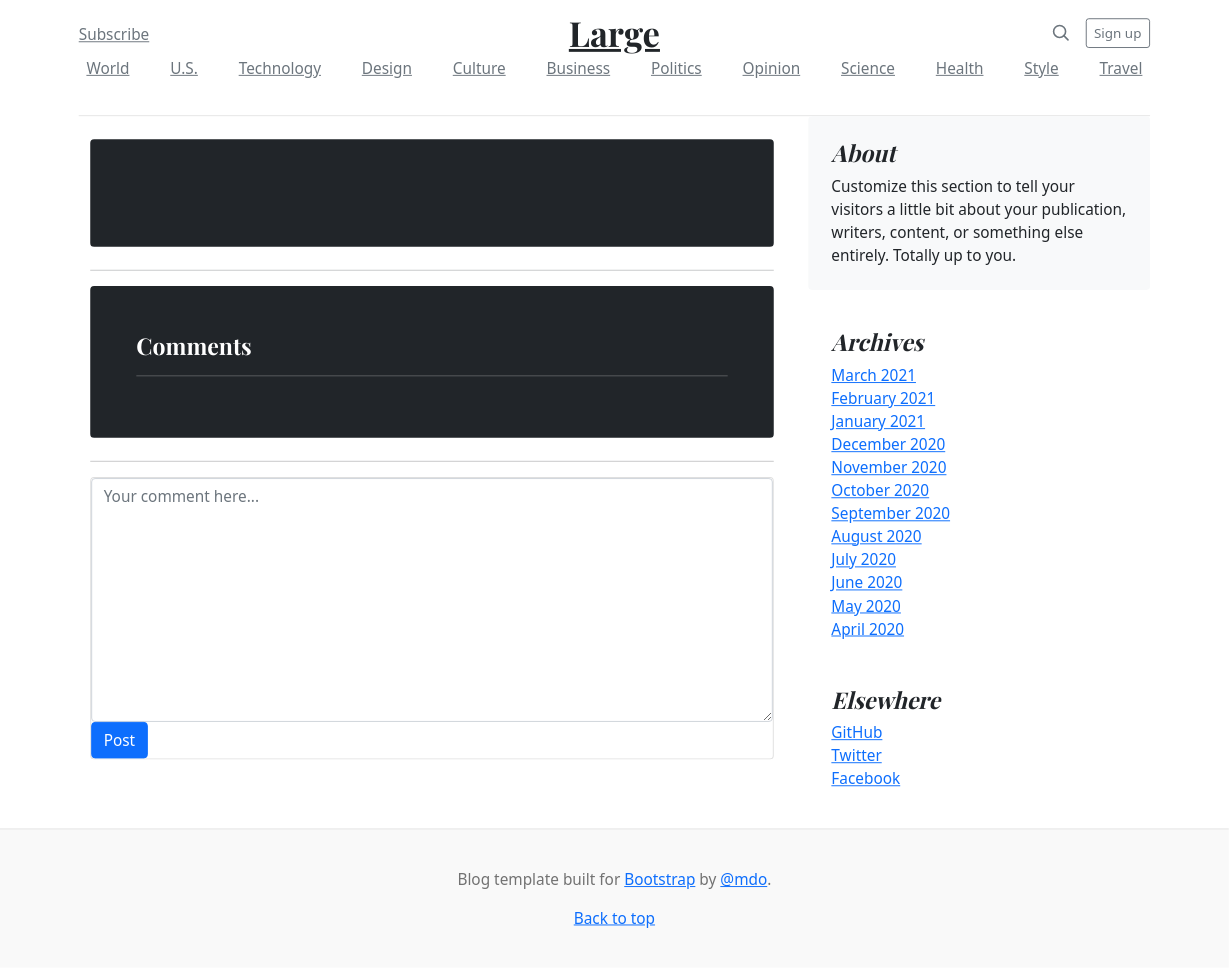
Repository: GarlicButterBoy/WEBD5201
Page: resources/views/posts/show.blade.php
An editor plug-in stored every save of this project. The page is shown before and after the next save, followed by the edit.
The browser window is 1280 px wide. The pictures show the whole page, at 96% of full size.
The page is served by the project's Laravel application, run on PHP 8.4 with Laravel 8. Other server files are loaded and not shown. The template is opened directly, without the code that normally fills it, so the values that code supplies are empty.

Above is the page before, as saved 2021-09-21 17:43:59.

### routes/web.php
<?php

/*
|--------------------------------------------------------------------------
| Web Routes
|--------------------------------------------------------------------------
|
| Here is where you can register web routes for your application. These
| routes are loaded by the RouteServiceProvider within a group which
| contains the "web" middleware group. Now create something great!
|
*/
use App\Task;
use App\Post;

// Route::get('/tasks', function () {
//     $tasks = DB::table('tasks')->get();
//     $tasks = \App\Task::all();
//     return view('tasks.index', compact('tasks'));
// });
Route::get('/tasks', 'TasksController@index'); //Replaced -> //Route::get('/tasks', function () {});
Route::get('/tasks/{task}', 'TasksController@show'); //Replaced -> //Route::get('/tasks/{task}', function ($id) {});


Route::get('/', 'PostsController@index');
Route::get('/posts/create', 'PostsController@create');
Route::post('/posts', 'PostsController@store');
Route::get('/posts/{post}', 'PostsController@show'); //Replaced -> //Route::get('/tasks', function () {});

// Route::get('/', function () {
//     //$name = 'Laracasts';
//     $tasks = [
//      'Go to the store',
//      'Finish my screencast',
//      'Clean the house'];
//     //Lesson 5, 3 ways to pass data to view
//     //return view('welcome', ['tasks' => $tasks]);
//     return view('welcome', compact('tasks'));
//     //return view('welcome')->with('tasks', $tasks);
// });
Route::get('/about', function () {  return view('about'); });

/* Posts
 *
 * GET /posts
 * GET /posts/create
 *
 * POST /posts
 *
 * GET /posts/{id}/edit
 * GET /posts/{id}
 *
 * PATCH /posts/{id}
 *
 * DELETE /posts/{id}
 *
 */

### resources/views/posts/show.blade.php
@extends ('layouts.main')


@section ('content')
<div class="col-md-8 p-4 ">
    <div class="p-4 p-md-5 mb-4 text-white rounded bg-dark">
        <h1>{{ $post->title }}</h1>

        <p>{{ $post->body }}</p>
    </div>

    <hr>

    <div class="comments p-4 p-md-5 mb-4 text-white rounded bg-dark">
        <h4>Comments</h4>
        <hr>
        <ol>
        @foreach ($post->comments as $comment)
        <li>
        <article>
            <strong>{{ $comment->created_at->diffForHumans() }}:</strong>

            {{$comment->body}}
        </article>
        </li>
        @endforeach
        </ol>
    </div>
    <hr>
    <div class="card">
        <div class="card-block">
    <form action="POST">
        <div class="form-group">
            <textarea class="form-control" name="body" id="body" cols="30" rows="10" placeholder="Your comment here..."></textarea>
        </div>
        <div class="form-group">
            <button type="submit" class="btn btn-primary">Post</button>
        </div>
    </form>
        </div>
    </div>


</div>

@endsection

### resources/views/layouts/main.blade.php
<!doctype html>
<html lang="en">
  <head>
    <meta charset="utf-8">
    <meta name="viewport" content="width=device-width, initial-scale=1">
    <meta name="description" content="">
    <meta name="author" content="Mark Otto, Jacob Thornton, and Bootstrap contributors">
    <meta name="generator" content="Hugo 0.88.1">
    <title>Blog Template · Bootstrap v5.1</title>

    <link rel="canonical" href="https://getbootstrap.com/docs/5.1/examples/blog/">



    <!-- Bootstrap core CSS -->
    <link href="https://cdn.jsdelivr.net/npm/bootstrap@5.1.1/dist/css/bootstrap.min.css" rel="stylesheet" integrity="sha384-F3w7mX95PdgyTmZZMECAngseQB83DfGTowi0iMjiWaeVhAn4FJkqJByhZMI3AhiU" crossorigin="anonymous">

    <!-- Favicons -->
<link rel="apple-touch-icon" href="/docs/5.1/assets/img/favicons/apple-touch-icon.png" sizes="180x180">
<link rel="icon" href="/docs/5.1/assets/img/favicons/favicon-32x32.png" sizes="32x32" type="image/png">
<link rel="icon" href="/docs/5.1/assets/img/favicons/favicon-16x16.png" sizes="16x16" type="image/png">
<link rel="manifest" href="/docs/5.1/assets/img/favicons/manifest.json">
<link rel="mask-icon" href="/docs/5.1/assets/img/favicons/safari-pinned-tab.svg" color="#7952b3">
<link rel="icon" href="/docs/5.1/assets/img/favicons/favicon.ico">
<meta name="theme-color" content="#7952b3">


    <style>
      .bd-placeholder-img {
        font-size: 1.125rem;
        text-anchor: middle;
        -webkit-user-select: none;
        -moz-user-select: none;
        user-select: none;
      }

      @media (min-width: 768px) {
        .bd-placeholder-img-lg {
          font-size: 3.5rem;
        }
      }
    </style>


    <!-- Custom styles for this template -->
    <link href="https://fonts.googleapis.com/css?family=Playfair&#43;Display:700,900&amp;display=swap" rel="stylesheet">
    <!-- Custom styles for this template -->
    <link href="/css/blog.css" rel="stylesheet">
  </head>
  <body>

<div class="container">
  <header class="blog-header py-3">
    <div class="row flex-nowrap justify-content-between align-items-center">
      <div class="col-4 pt-1">
        <a class="link-secondary" href="#">Subscribe</a>
      </div>
      <div class="col-4 text-center">
        <a class="blog-header-logo text-dark" href="#">Large</a>
      </div>
      <div class="col-4 d-flex justify-content-end align-items-center">
        <a class="link-secondary" href="#" aria-label="Search">
          <svg xmlns="http://www.w3.org/2000/svg" width="20" height="20" fill="none" stroke="currentColor" stroke-linecap="round" stroke-linejoin="round" stroke-width="2" class="mx-3" role="img" viewBox="0 0 24 24"><title>Search</title><circle cx="10.5" cy="10.5" r="7.5"/><path d="M21 21l-5.2-5.2"/></svg>
        </a>
        <a class="btn btn-sm btn-outline-secondary" href="#">Sign up</a>
      </div>
    </div>


  @include ('layouts.nav')
  </header>


</div>

<div class="container">
  <div class="row">

    @yield ('content')

    @include ('layouts.sidebar')
    </div>

</main>
  </div>
</div>

@include ('layouts.footer')

  </body>
</html>

### resources/views/layouts/nav.blade.php
<div class="nav-scroller py-1 mb-2">
    <nav class="nav d-flex justify-content-between">
      <a class="p-2 link-secondary" href="#">World</a>
      <a class="p-2 link-secondary" href="#">U.S.</a>
      <a class="p-2 link-secondary" href="#">Technology</a>
      <a class="p-2 link-secondary" href="#">Design</a>
      <a class="p-2 link-secondary" href="#">Culture</a>
      <a class="p-2 link-secondary" href="#">Business</a>
      <a class="p-2 link-secondary" href="#">Politics</a>
      <a class="p-2 link-secondary" href="#">Opinion</a>
      <a class="p-2 link-secondary" href="#">Science</a>
      <a class="p-2 link-secondary" href="#">Health</a>
      <a class="p-2 link-secondary" href="#">Style</a>
      <a class="p-2 link-secondary" href="#">Travel</a>
    </nav>
</div>

### resources/views/layouts/sidebar.blade.php
<div class="col-md-4">
      <div class="position-sticky" style="top: 2rem;">
        <div class="p-4 mb-3 bg-light rounded">
          <h4 class="fst-italic">About</h4>
          <p class="mb-0">Customize this section to tell your visitors a little bit about your publication, writers, content, or something else entirely. Totally up to you.</p>
        </div>

        <div class="p-4">
          <h4 class="fst-italic">Archives</h4>
          <ol class="list-unstyled mb-0">
            <li><a href="#">March 2021</a></li>
            <li><a href="#">February 2021</a></li>
            <li><a href="#">January 2021</a></li>
            <li><a href="#">December 2020</a></li>
            <li><a href="#">November 2020</a></li>
            <li><a href="#">October 2020</a></li>
            <li><a href="#">September 2020</a></li>
            <li><a href="#">August 2020</a></li>
            <li><a href="#">July 2020</a></li>
            <li><a href="#">June 2020</a></li>
            <li><a href="#">May 2020</a></li>
            <li><a href="#">April 2020</a></li>
          </ol>
        </div>

        <div class="p-4">
          <h4 class="fst-italic">Elsewhere</h4>
          <ol class="list-unstyled">
            <li><a href="#">GitHub</a></li>
            <li><a href="#">Twitter</a></li>
            <li><a href="#">Facebook</a></li>
          </ol>
        </div>
      </div>
    </div>

### resources/views/layouts/footer.blade.php
<footer class="blog-footer">
  <p>Blog template built for <a href="https://getbootstrap.com/">Bootstrap</a> by <a href="https://twitter.com/mdo">@mdo</a>.</p>
  <p>
    <a href="#">Back to top</a>
  </p>
</footer>

### public/css/blog.css

  /* stylelint-disable selector-list-comma-newline-after */

.blog-header {
  line-height: 1;
  border-bottom: 1px solid #e5e5e5;
}

.blog-header-logo {
  font-family: "Playfair Display", Georgia, "Times New Roman", serif/*rtl:Amiri, Georgia, "Times New Roman", serif*/;
  font-size: 2.25rem;
}

.blog-header-logo:hover {
  text-decoration: none;
}

h1, h2, h3, h4, h5, h6 {
  font-family: "Playfair Display", Georgia, "Times New Roman", serif/*rtl:Amiri, Georgia, "Times New Roman", serif*/;
}

.display-4 {
  font-size: 2.5rem;
}
@media (min-width: 768px) {
  .display-4 {
    font-size: 3rem;
  }
}

.nav-scroller {
  position: relative;
  z-index: 2;
  height: 2.75rem;
  overflow-y: hidden;
}

.nav-scroller .nav {
  display: flex;
  flex-wrap: nowrap;
  padding-bottom: 1rem;
  margin-top: -1px;
  overflow-x: auto;
  text-align: center;
  white-space: nowrap;
  -webkit-overflow-scrolling: touch;
}

.nav-scroller .nav-link {
  padding-top: .75rem;
  padding-bottom: .75rem;
  font-size: .875rem;
}

.card-img-right {
  height: 100%;
  border-radius: 0 3px 3px 0;
}

.flex-auto {
  flex: 0 0 auto;
}

.h-250 { height: 250px; }
@media (min-width: 768px) {
  .h-md-250 { height: 250px; }
}

/* Pagination */
.blog-pagination {
  margin-bottom: 4rem;
}
.blog-pagination > .btn {
  border-radius: 2rem;
}

/*
 * Blog posts
 */
.blog-post {
  margin-bottom: 4rem;
}
.blog-post-title {
  margin-bottom: .25rem;
  font-size: 2.5rem;
}
.blog-post-meta {
  margin-bottom: 1.25rem;
  color: #727272;
}

/*
 * Footer
 */
.blog-footer {
  padding: 2.5rem 0;
  color: #727272;
  text-align: center;
  background-color: #f9f9f9;
  border-top: .05rem solid #e5e5e5;
}
.blog-footer p:last-child {
  margin-bottom: 0;
}

Loaded but not shown: app/Providers/AppServiceProvider.php (common file)

After the next save:
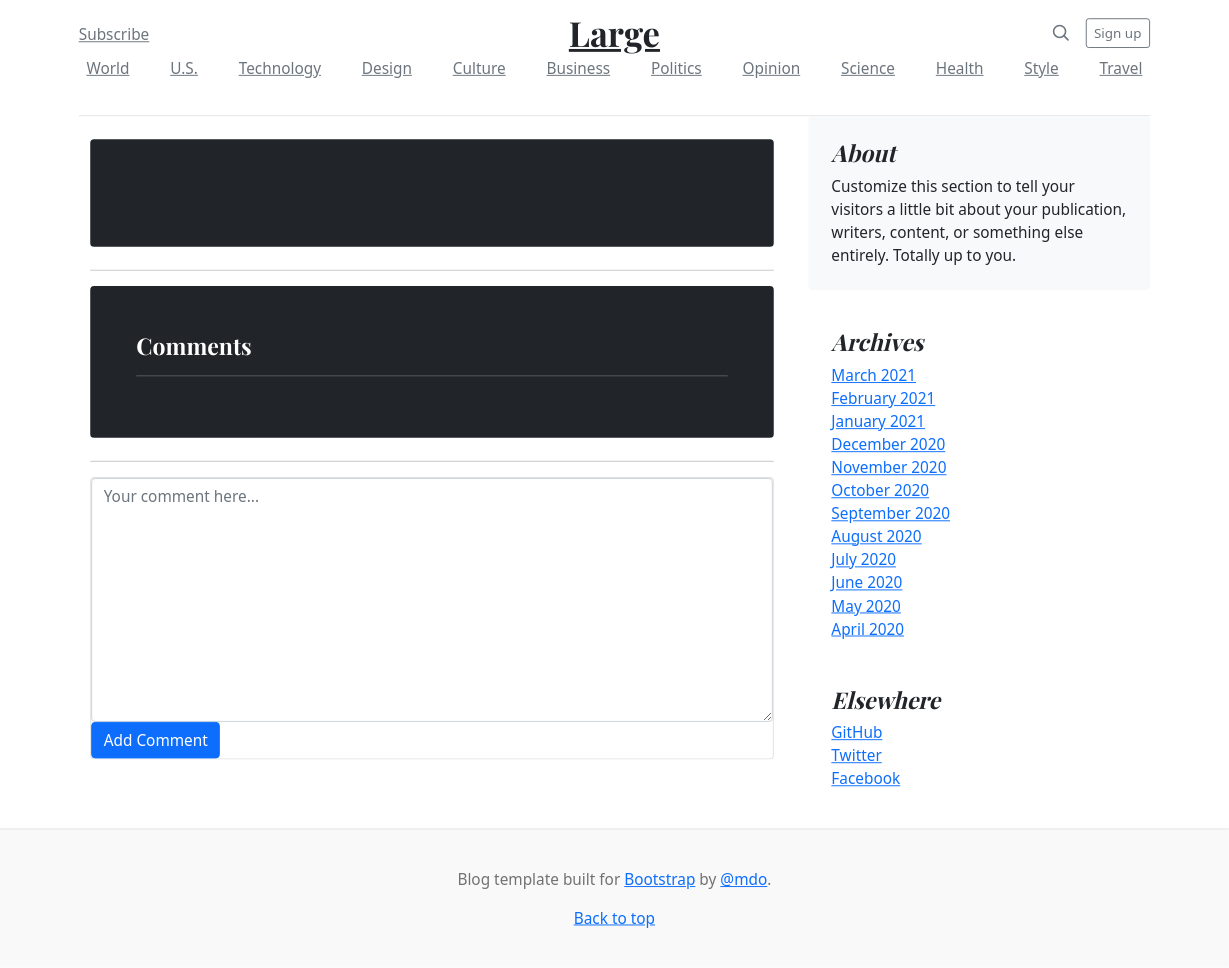
Saved 6 s later.
--- a/resources/views/posts/show.blade.php
+++ b/resources/views/posts/show.blade.php
@@ -34,7 +34,7 @@
             <textarea class="form-control" name="body" id="body" cols="30" rows="10" placeholder="Your comment here..."></textarea>
         </div>
         <div class="form-group">
-            <button type="submit" class="btn btn-primary">Post</button>
+            <button type="submit" class="btn btn-primary">Add Comment</button>
         </div>
     </form>
         </div>
